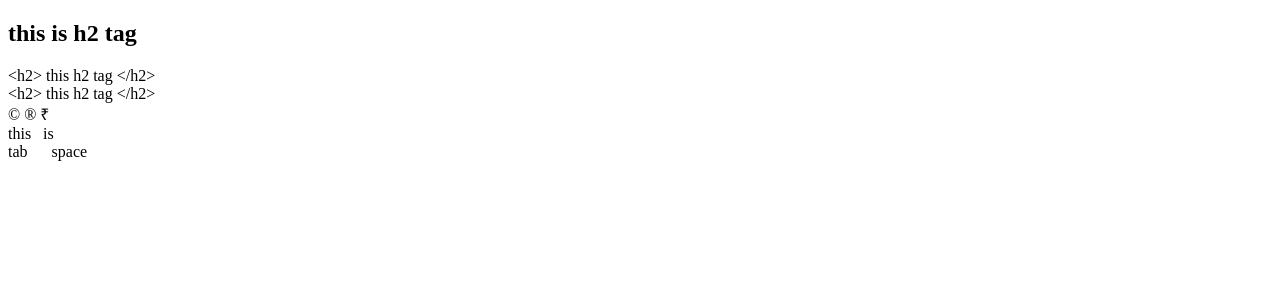
Repository: viveknaidu007/repo-113-HTML
Page: 4.html
An editor plug-in stored every save of this project. The page is shown before and after the next save, followed by the edit.
The browser window is 1280 px wide. The pictures show the whole page.

Above is the page before, as saved 2024-06-10 22:43:17.

### 4.html
<!DOCTYPE html>
<html>
    <head>
        <title> entity Demo</title>
    </head>

    <body>
        <h2> this is h2 tag</h2>
        &lt;h2&gt; this h2 tag &lt;/h2&gt; <br>
        &#60;h2&#62; this h2 tag &#60;/h2&#62; <br>
        &copy;
        &reg;
        &#8377; <br>
        this &nbsp;&nbsp;is <br>
        tab &emsp; space
    </body>
</html>

After the next save:
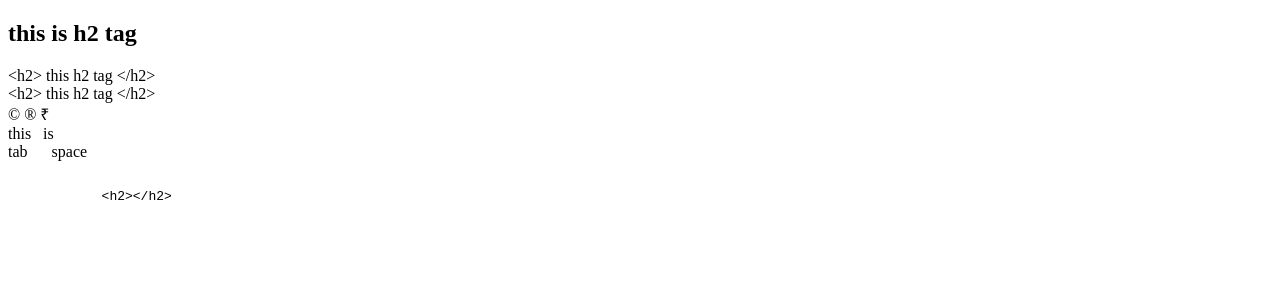
Saved 15 min 14 s later.
--- a/4.html
+++ b/4.html
@@ -13,5 +13,9 @@
         &#8377; <br>
         this &nbsp;&nbsp;is <br>
         tab &emsp; space
+
+        <xmp>
+            <h2></h2>
+        </xmp>
     </body>
 </html>
